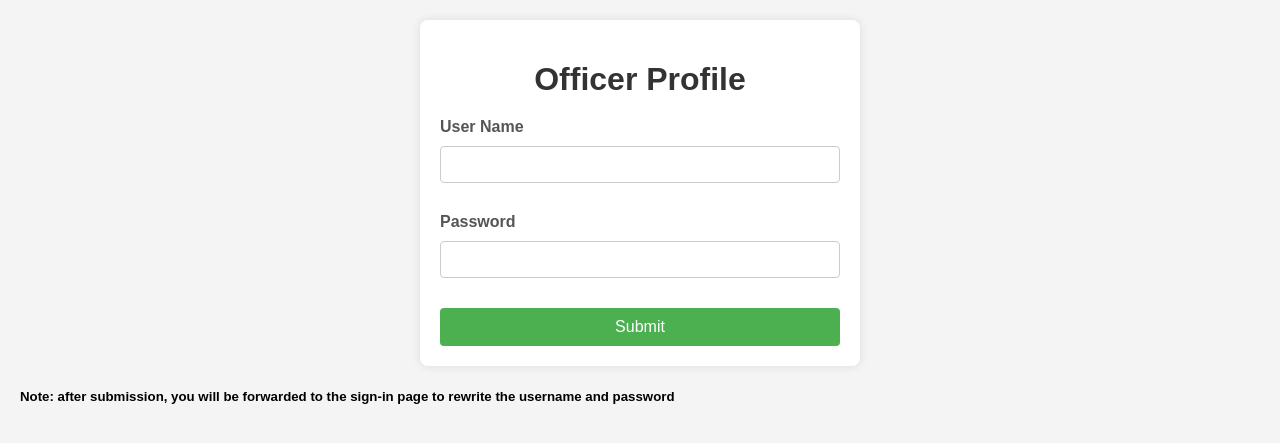
Repository: OmarAl-Saleh/Hospital-Emergency-System
Page: http://localhost/EmergencySystem/officer/sign-up.jsp
An editor plug-in stored every save of this project. The page is shown before and after the next save, followed by the edit.
The browser window is 1280 px wide. The pictures show the whole page.
The page is served by Tomcat 9.

Above is the page before, as saved 2024-05-25 03:59:50.

After the next save:
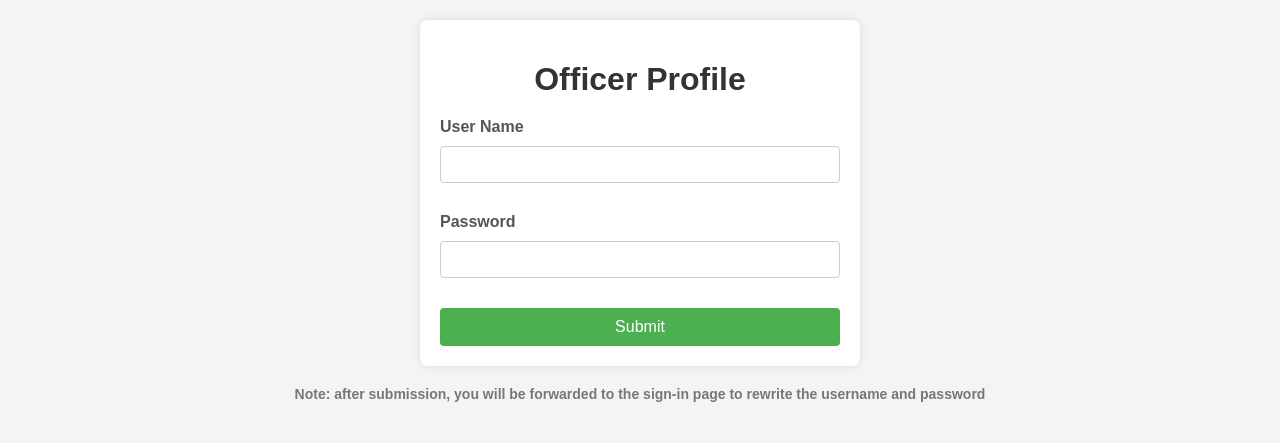
Saved 73 s later.
--- a/EmergencySystem/EmergencySystem/src/main/webapp/officer/sign-up.jsp
+++ b/EmergencySystem/EmergencySystem/src/main/webapp/officer/sign-up.jsp
@@ -24,6 +24,13 @@
             text-align: center;
             color: #333;
             margin-bottom: 20px;
+        }
+
+         h5 {
+            text-align: center;
+            color: #777;
+            margin-top: 20px;
+            font-size: 14px;
         }
 
         label {
